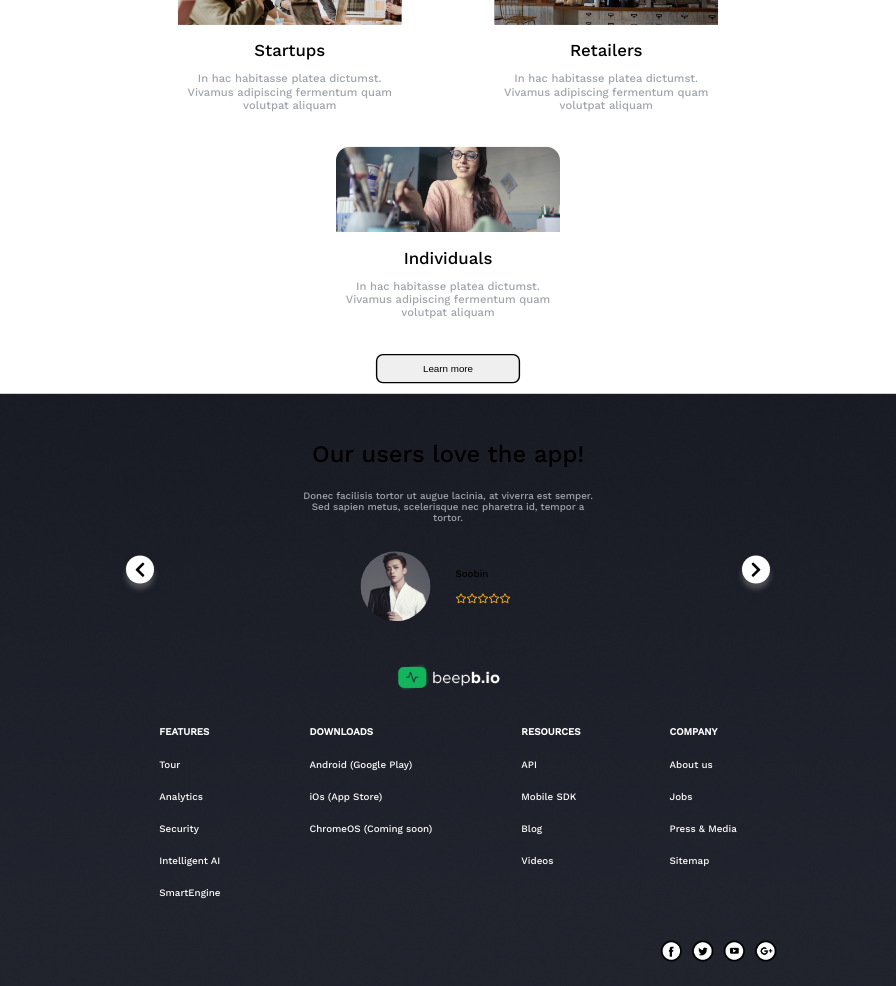
Repository: thinhnguyen347/thinhnguyen347.github.io
Page: cut-html-css/index.html
An editor plug-in stored every save of this project. The page is shown before and after the next save, followed by the edit.
The browser window is 1280 px wide. The pictures show the part of the page from y = 3302 to 5222 px (the page is 4710 px tall before and 5222 px after), at 70% of full size.

Above is the page before, as saved 2021-11-10 17:12:13.

### cut-html-css/index.html
<!-- Source: https://www.sketchappsources.com/free-source/3445-mobile-app-landing-page-sketch-freebie-resource.html -->

<!DOCTYPE html>
<html lang="en">

<head>
    <meta charset="UTF-8">
    <meta http-equiv="X-UA-Compatible" content="IE=edge">
    <meta name="viewport" content="width=device-width, initial-scale=1.0">
    <title>Mobile App</title>
    <link rel="shortcut icon" href="https://i.ibb.co/ypjQ3yW/M.png" type="image/x-icon">
    <link rel="stylesheet" href="./css/style.css">
    <link rel="stylesheet" href="./css/style2.css">
    <link rel="stylesheet" type="text/css" href="slick/slick.css" />
    <link rel="stylesheet" href="https://cdnjs.cloudflare.com/ajax/libs/font-awesome/5.15.3/css/all.min.css"
        integrity="sha512-iBBXm8fW90+nuLcSKlbmrPcLa0OT92xO1BIsZ+ywDWZCvqsWgccV3gFoRBv0z+8dLJgyAHIhR35VZc2oM/gI1w=="
        crossorigin="anonymous" />
    <script src="https://ajax.googleapis.com/ajax/libs/jquery/3.6.0/jquery.min.js"></script>

</head>

<body>
    <div class="container1">
        <div class="section1">
            <div class="menu-panel-desktop ">
                <div class="logo"><a href="#" target="_self"><img src="img/logo.png" alt="beepb.io" height="40px"></a>
                </div>

                <div class="menu">
                    <ul>
                        <li><a href="#">Features</a></li>
                        <li><a href="#">Benefits</a></li>
                        <li><a href="#">Plans</a></li>
                        <li class="menuitem"><a href="#">Downloads &nbsp; <i class="fas fa-angle-down"></i></a>
                            <ul class="drop-down">
                                <li><a href="#">Android version</a></li>
                                <li><a href="#">iOs version</a></li>
                                <li><a href="#">ChromeOS version</a></li>
                            </ul>
                        </li>
                        <li><a href="#">Support</a></li>
                        <li><button class="get-started fontwhite">Get Started</button></li>
                    </ul>

                </div>
            </div>
            <!-- Mobile menu -->
            <div class="menu-panel-mobile">

                <div class="logo-mobile">
                    <img class="menu-icon" src="https://i.ibb.co/6vzRnYW/menubtn-white.png" alt="menu" height="35px"
                        width="40px">
                    <a href="#" target="_self"><img src="img/logo.png" alt="beepb.io" height="40px"></a>
                </div>

                <div class="menu-mobile">
                    <div class="item"><a href="#">Features</a></div>
                    <div class="item"><a href="#">Benefits</a></div>
                    <div class="item"><a href="#">Finance</a></div>
                    <div class="item"><a href="#">Downloads</a></div>
                    <div class="item"><a href="#">Sign In</a></div>
                    <button class="get-started-mobile fontwhite">Sign Up</button>
                </div>
            </div>

            <!-- iPhone -->
            <div class="page1">
                <div class="iphone">
                    <img class="iphone-x1" src="img/iphone_x.png" alt="mobile-app" width="340px">
                    <img class="iphone-x2" src="img/iphone_x1.png" alt="mobile-app" width="340px">
                </div>

                <div class="hero-content fontwhite">
                    <h1>Warehouse management</h1>
                    <h1>Made simple.</h1><br><br>
                    <p>BeepB lets you take control of your complete ecommerce warehouse and understand how you’re
                        business is holding up.</p>
                    <br><br><br>
                    <div class="see-more">
                        <button class="download fontwhite"><a href="#">Download the app</button></a>
                        <div class="watch">
                            <div class="watch-icon"><i class="fas fa-caret-right"></i></div>
                            <div><a href="#">&nbsp;&nbsp; Watch How it Works</a></div>
                        </div>
                    </div>
                </div>
            </div>

            <div class="iphone-mobile">
                <img class="iphone-m" src="img/iphone_x1.png" alt="mobile-app">
                <img class="iphone-m" src="img/iphone_x.png" alt="mobile-app" width="340px">
            </div>
        </div>

        <div class="feature">

            <p>Everything you’ll ever need.</p>
            <div class="f-list">
                <div class="f-items">
                    <div class="f-icon"><img src="./img/shield.png" alt="super-secure"></div>
                    <div>
                        <p class="title">Super Secured</p><br>
                        <p class="f-detail">Donec facilisis tortor ut augue lacinia, at viverra est semper. Sed
                            sapien metus, scelerisque nec pharetra id, tempor a tortor.</p>
                    </div>
                </div>
                <div class="f-items">
                    <div class="f-icon"><img src="./img/bar-chart.png" alt="super-secure"></div>
                    <div>
                        <p class="title">Detailed Analytics</p><br>
                        <p class="f-detail">Donec facilisis tortor ut augue lacinia, at viverra est semper. Sed
                            sapien metus, scelerisque nec pharetra id, tempor a tortor.</p>
                    </div>
                </div>
                <div class="f-items">
                    <div class="f-icon"><img src="./img/box.png" alt="super-secure"></div>
                    <div>
                        <p class="title">For any business</p><br>
                        <p class="f-detail">Donec facilisis tortor ut augue lacinia, at viverra est semper. Sed
                            sapien metus, scelerisque nec pharetra id, tempor a tortor.</p>
                    </div>
                </div>
            </div>
        </div>

    </div>
    <div class="container2">

        <img class="oval-black" src="./img/oval-bl.png" alt="decoration">
        <div class="section2">
            <div class="content">
                <div class="left-panel">
                    <div>
                        <div class="icon"><img src="img/cart1.png" alt="Detailed-Order-Information" width="30px"></div>
                        <p class="title">Detailed Order Information</p>
                        <p class="description">Donec facilisis tortor ut augue lacinia, at viverra est semper.</p>
                    </div>
                    <div>
                        <div class="icon bg"><img src="img/buyer1.png" alt="Detailed-Order-Information" width="30px">
                        </div>
                        <p class="title">Detailed Order Information</p>
                        <p class="description">Donec facilisis tortor ut augue lacinia, at viverra est semper.</p>
                    </div>
                </div>
                <div class="middle">
                    <img class="iphone-x3" src="img/iphone_x2.png" alt="mobile-app" width="340px">
                </div>
                <div class="right-panel">
                    <div>
                        <div class="icon bg"><img src="img/pie.png" alt="Detailed-Order-Information" width="30px"></div>
                        <p class="title">Detailed Order Information</p>
                        <p class="description">Donec facilisis tortor ut augue lacinia, at viverra est semper.</p>
                    </div>
                    <div>
                        <div class="icon bg"><img src="img/brain.png" alt="Detailed-Order-Information" width="30px">
                        </div>
                        <p class="title">Detailed Order Information</p>
                        <p class="description">Donec facilisis tortor ut augue lacinia, at viverra est semper.</p>
                    </div>
                </div>
            </div>
            <button class="download2 download fontwhite"><a href="#">Download App</a></button>
        </div>

        <div class="feature2">
            <img class="oval-green" src="./img/oval_gr.png" alt="decoration">
            <p class="business">For every kind of Business &excl;</p>
            <p class="sub-title">Donec facilisis tortor ut augue lacinia, at viverra est semper.</p>
            <div class="f-list">
                <div class="f-items">
                    <div class="img"><img src="./img/startup.png" alt="super-secure" width="320px"> </div>
                    <div>
                        <p class="title pdtop">Startups</p><br>
                        <p class="f-detail">In hac habitasse platea dictumst. Vivamus adipiscing fermentum quam volutpat
                            aliquam</p>
                    </div>
                </div>
                <div class="f-items">
                    <div class="img"><img src="./img/retailer.png" alt="super-secure" width="320px"></div>
                    <div>
                        <p class="title pdtop">Retailers</p><br>
                        <p class="f-detail">In hac habitasse platea dictumst. Vivamus adipiscing fermentum quam volutpat
                            aliquam</p>
                    </div>
                </div>
                <div class="f-items">
                    <div class="img"><img src="./img/indiv.png" alt="super-secure" width="320px"></div>
                    <div>
                        <p class="title pdtop">Individuals</p><br>
                        <p class="f-detail">In hac habitasse platea dictumst. Vivamus adipiscing fermentum quam volutpat
                            aliquam</p>
                    </div>
                </div>
            </div>
            <button class="download3"><a href="#">Learn more</a></button>
        </div>
        <div class="bg-bottom">

            <div class="section3">
                <p class="business">Our users love the app!</p><br><br>
                <!-- Carousel  -->
                <div class="carousel-area">
                    <div class="carousel">
                        <div>
                            <div class="review">
                                <p>Donec facilisis tortor ut augue lacinia, at viverra est semper. Sed sapien metus,
                                    scelerisque
                                    nec pharetra id, tempor a tortor.</p>
                            </div>
                            <div class="rate">
                                <div class="guest"><img src="./img/guest1.jpg" alt="review" width="100px"></div>
                                <div class="personal-rating">
                                    <div class="guest-name">
                                        <p>Son Tung</p>
                                    </div>
                                    <div class="rating">
                                        <i class="far fa-star star-color"></i>
                                        <i class="far fa-star star-color"></i>
                                        <i class="far fa-star star-color"></i>
                                        <i class="far fa-star star-color"></i>
                                        <i class="far fa-star star-color"></i>
                                    </div>
                                </div>
                            </div>
                        </div>
                        <div>
                            <div class="review">
                                <p>Donec facilisis tortor ut augue lacinia, at viverra est semper. Sed sapien metus,
                                    scelerisque
                                    nec pharetra id, tempor a tortor.</p>
                            </div>
                            <div class="rate">
                                <div class="guest"><img src="./img/guest2.jpg" alt="review" width="100px"></div>
                                <div class="personal-rating">
                                    <div class="guest-name">
                                        <p>Min</p>
                                    </div>
                                    <div class="rating">
                                        <i class="far fa-star star-color"></i>
                                        <i class="far fa-star star-color"></i>
                                        <i class="far fa-star star-color"></i>
                                        <i class="far fa-star star-color"></i>
                                        <i class="fas fa-star star-gray"></i>
                                    </div>
                                </div>
                            </div>
                        </div>
                        <div>
                            <div class="review">
                                <p>Donec facilisis tortor ut augue lacinia, at viverra est semper. Sed sapien metus,
                                    scelerisque
                                    nec pharetra id, tempor a tortor.</p>
                            </div>
                            <div class="rate">
                                <div class="guest"><img src="./img/guest3.jpg" alt="review" width="100px"></div>
                                <div class="personal-rating">
                                    <div class="guest-name">
                                        <p>Soobin</p>
                                    </div>
                                    <div class="rating"><i class="far fa-star star-color"></i><i
                                            class="far fa-star star-color"></i><i class="far fa-star star-color"></i><i
                                            class="far fa-star star-color"></i><i class="far fa-star star-color"></i>
                                    </div>
                                </div>
                            </div>
                        </div>
                    </div>


                </div>
                <!-- End of Carousel  -->

            </div>


            <div class="container3">

                <div class="logo2"><a href="#" target="_self"><img src="img/logo.png" alt="beepb.io" height="40px"></a>
                </div>

                <div class="bottom-panel">
                    <div class="block-end">
                        <div class="bottom-title">FEATURES</div>
                        <div class="item-end"><a href="#">Tour</a></div>
                        <div class="item-end"><a href="#">Analytics</a></div>
                        <div class="item-end"><a href="#">Security</a></div>
                        <div class="item-end"><a href="#">Intelligent AI</a></div>
                        <div class="item-end"><a href="#">SmartEngine</a></div>
                    </div>
                    <div class="block-end">
                        <div class="bottom-title">DOWNLOADS</div>
                        <div class="item-end"><a href="#">Android (Google Play)</a></div>
                        <div class="item-end"><a href="#">iOs (App Store)</a></div>
                        <div class="item-end"><a href="#">ChromeOS (Coming soon)</a></div>
                    </div>
                    <div class="block-end">
                        <div class="bottom-title">RESOURCES</div>
                        <div class="item-end"><a href="#">API</a></div>
                        <div class="item-end"><a href="#">Mobile SDK</a></div>
                        <div class="item-end"><a href="#">Blog</a></div>
                        <div class="item-end"><a href="#">Videos</a></div>
                    </div>
                    <div class="block-end">
                        <div class="bottom-title">COMPANY</div>
                        <div class="item-end"><a href="#">About us</a></div>
                        <div class="item-end"><a href="#">Jobs</a></div>
                        <div class="item-end"><a href="#">Press & Media</a></div>
                        <div class="item-end"><a href="#">Sitemap</a></div>
                    </div>
                </div>

                <div class="social-media">
                    <div class="media-icon"><a href="http://www.facebook.com"><img src="./img/facebook.png"
                                alt="facebook" width="30px"></a></div>
                    <div class="media-icon "><a href="http://www.twitter.com"><img src="./img/twitter.png" alt="twitter"
                                width="30px"></a></div>
                    <div class="media-icon "><a href="http://www.youtube.com"><img src="./img/youtube.png" alt="youtube"
                                width="30px"></a></div>
                    <div class="media-icon"><a href="http://www.google.com"><img src="./img/googleplus.png"
                                alt="google-plus" width="30px"></a></div>
                </div>
            </div>
        </div>
    </div>
    <!-- SCRIPT -->

    <script src="https://code.jquery.com/jquery-3.6.0.slim.js"
        integrity="sha256-HwWONEZrpuoh951cQD1ov2HUK5zA5DwJ1DNUXaM6FsY=" crossorigin="anonymous"></script>
    <script type="text/javascript" src="slick/slick.min.js"></script>
    <script src="./main.js"></script>

</body>

</html>

### cut-html-css/css/style2.css
@media (max-width: 320px) {
  .feature p {
    color: black !important;
  }

  .container2 {
    padding: 0 !important;
  }

  .hero-content {
    width: 100%;
    padding: 20px;
    text-align: center;
  }

  .prevArrow,.nextArrow{
    display: none;
  }
}

@media (max-width: 768px) {

  .prevArrow,.nextArrow{
    display: none;
  }

  .section2,
  .bg-bottom {
    background-image: none;
  }

  .iphone,
  .menu-panel-desktop {
    display: none;
  }

  .feature p {
    color: black !important;
  }

  .menu-panel-mobile {
    display: block;
  }

  .hero-content {
    width: 100%;
    padding: 100px 50px 20px 50px;
    text-align: center;
  }

  .hero-content h1 {
    font-size: 2rem;
  }

  .see-more {
    display: block;
    margin: auto;
    width: 100%;
  }

  .watch {
    justify-content: center;
    padding-top: 50px;
    padding-bottom: 50px;
    width: 100%;
  }

  .iphone-mobile {
    display: flex;
    justify-content: center;
    flex-wrap: wrap;
  }

  .feature > p {
    font-size: 34px;
    padding-top: 60px;
    padding-bottom: 60px;
  }

  .feature {
    width: auto;
  }

  .f-list {
    display: flex;
    justify-content: space-around;
  }
  .container2 {
    padding: 15px;
    height: auto;
  }

  .container3 {
    background-color: #1e202a;
    border-radius: 10px;
  }
  .section2,
  .section3 {
    background-image: none;
  }

  .oval-green,
  .oval-black {
    display: none;
  }

  .download2 {
    margin: 40px auto;
  }

  .feature2 {
    width: auto;
  }
  .carousel {
    width: 95%;
  }

  .business {
    padding-top: 20px !important;
  }

  .review {
    width: 95%;
  }

  .dld {
    width: 100%;
    margin: 40px auto 40px auto;
  }

  .bottom-panel {
    width: 100%;
    justify-content: space-around;
  }

  .block-end {
    width: 40%;
    text-align: center;
    padding-bottom: 50px;
  }

  .social-media {
    width: 100%;
    display: flex;
    flex-direction: row;
    justify-content: flex-end;
    margin: auto;
    padding: 0 0 20px 0;
  }

  .content {
    padding-top: 40px;
  }

  .left-panel,
  .right-panel {
    display: block;
    text-align: center;
    width: 100% !important;
  }
}

@media (max-width: 1200px){

  .menu-panel-desktop {
    padding: 60px 50px 90px 50px;
  }
}


@media (max-width: 1400px) {
  .section2,
  .feature2,
  .bg-bottom {
    padding: 15px;
  }

  .section3 {
    background-image: none;
  }

  .menu-panel-desktop {
    padding: 60px 50px 90px 50px;
  }
  }

  .menu {
    width: 100%;
  }

  .get-started {
    width: 100px;
  }

  .page1 {
    width: 100%;
    display: flex;
    flex-wrap: wrap;
    justify-content: center;
  }

  .iphone {
    display: none;
  }

  .iphone-mobile {
    padding-top: 50px;
    display: flex;
    justify-content: space-around;
  }

  .feature {
    width: 100%;
  }

  .content {
    flex-direction: column;
    padding-top: 50px;
  }

  .middle {
    width: 100%;
    display: flex;
    justify-content: center;
  }

  .icon {
    margin: auto;
  }

  .left-panel,
  .right-panel {
    flex-direction: row !important;
    justify-content: space-around;
    text-align: center;
    width: 100% !important;
  }

  .business {
    padding-top: 50px !important;
  }

  .bg-bottom {
    background-size: 200% !important;
  }

  .download2 {
    margin: 20px auto !important;
  }
}

Loaded but not shown: cut-html-css/slick/slick.css (common file); cut-html-css/slick/slick.min.js (library); cut-html-css/main.js (37 lines, source omitted); cut-html-css/css/style.css (540 lines, source omitted)

After the next save:
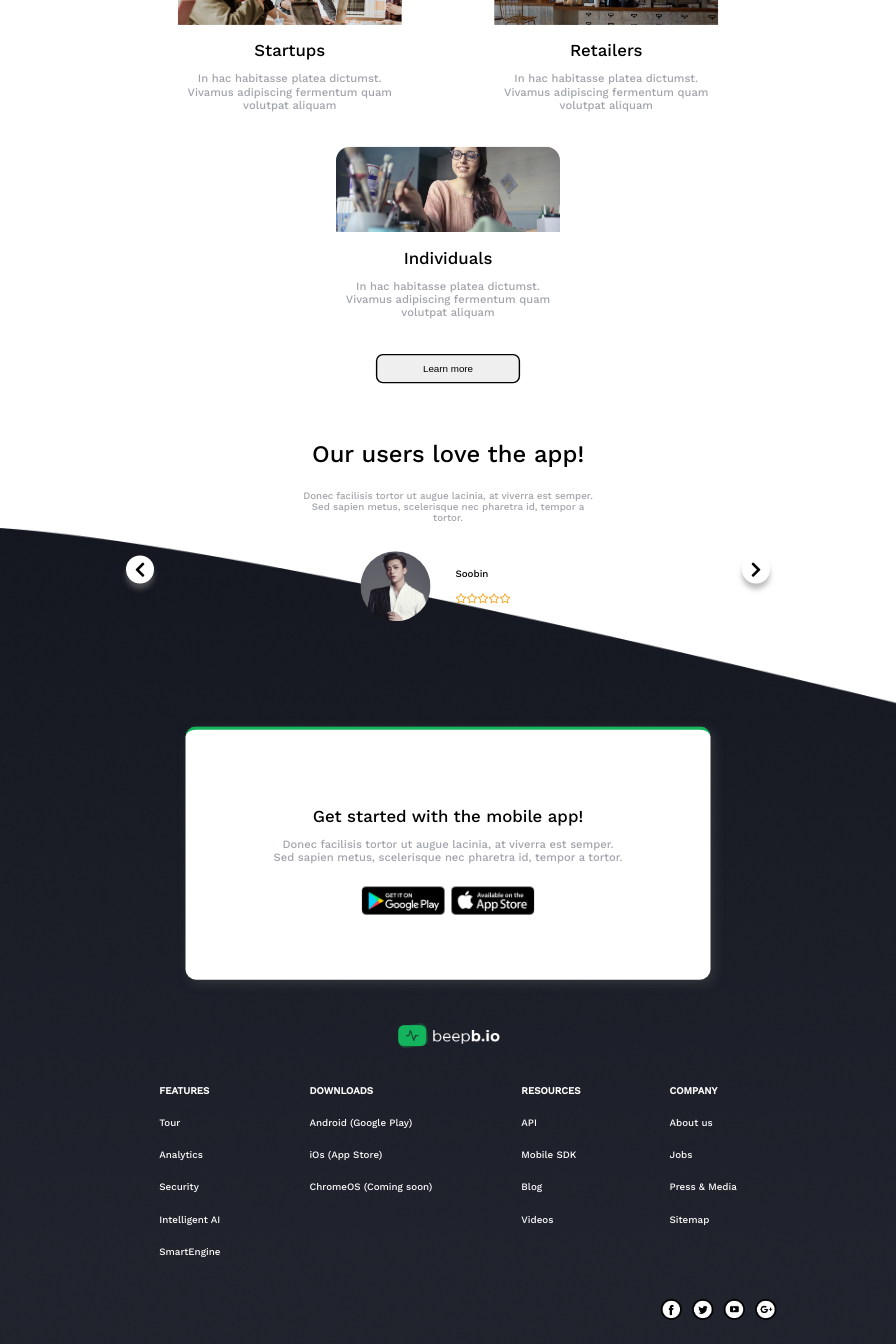
Saved 6 s later.
--- a/cut-html-css/index.html
+++ b/cut-html-css/index.html
@@ -272,6 +272,17 @@
 
             </div>
 
+            <div class="dld">
+                <div>
+                    <p class="title pdtop">Get started with the mobile app!</p><br>
+                    <p class="f-detail">Donec facilisis tortor ut augue lacinia, at viverra est semper. Sed sapien
+                        metus, scelerisque nec pharetra id, tempor a tortor.</p>
+                </div>
+                <br><br>
+                <img src="./img/gglplay.png" alt="google-play" height="40px">&nbsp;
+                <img src="./img/appstore.png" alt="appstore" height="40px">
+            </div>
+
 
             <div class="container3">
 
